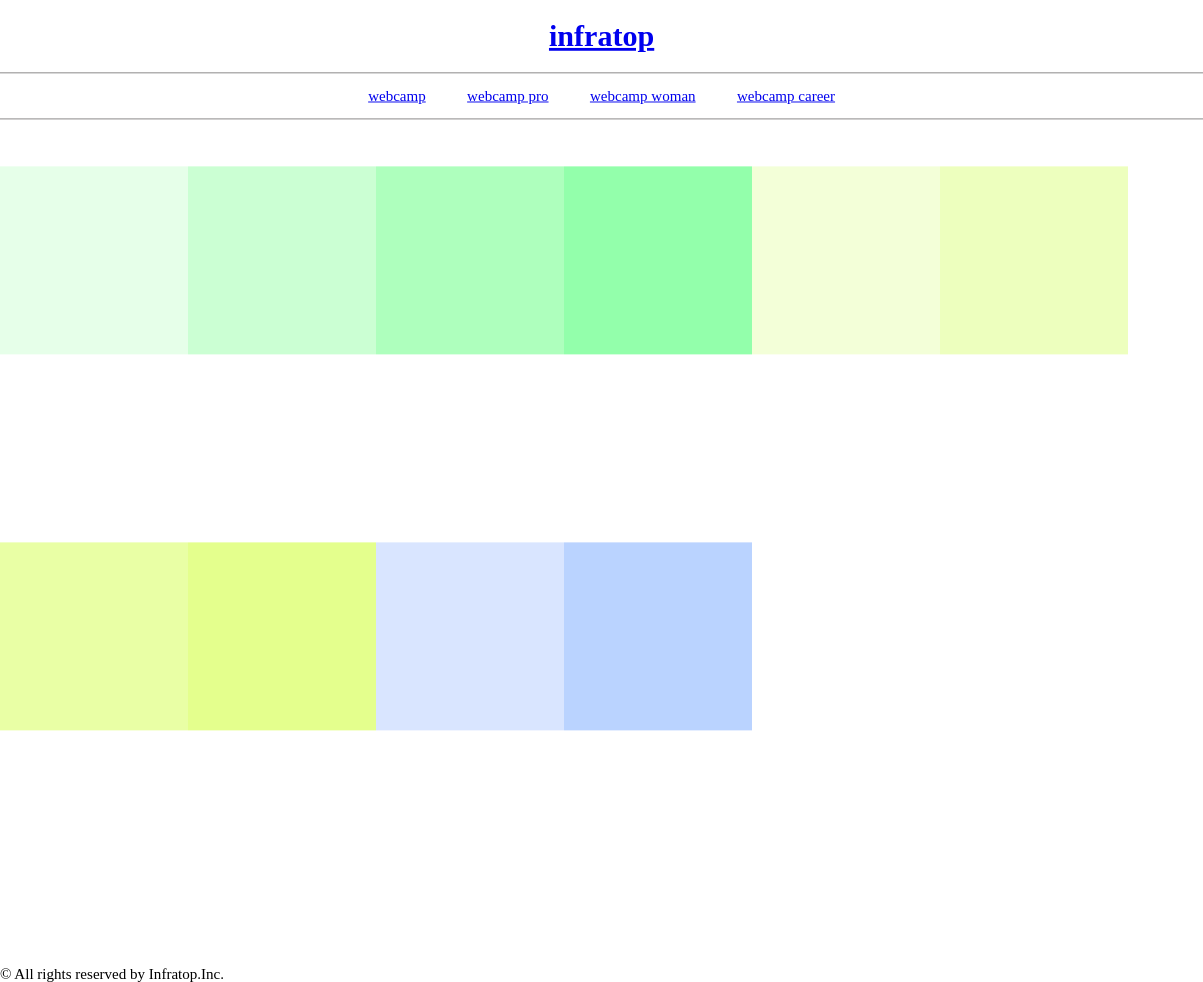
Repository: gukbvhrsui/r
Page: review2/review2.html
The author's editor kept a record of every edit. The page is drawn from the files as they stood at one moment, then again after the next edit.
The browser window is 1280 px wide. The pictures show the whole page, at 94% of full size.

Above is the page before.

After the next edit:
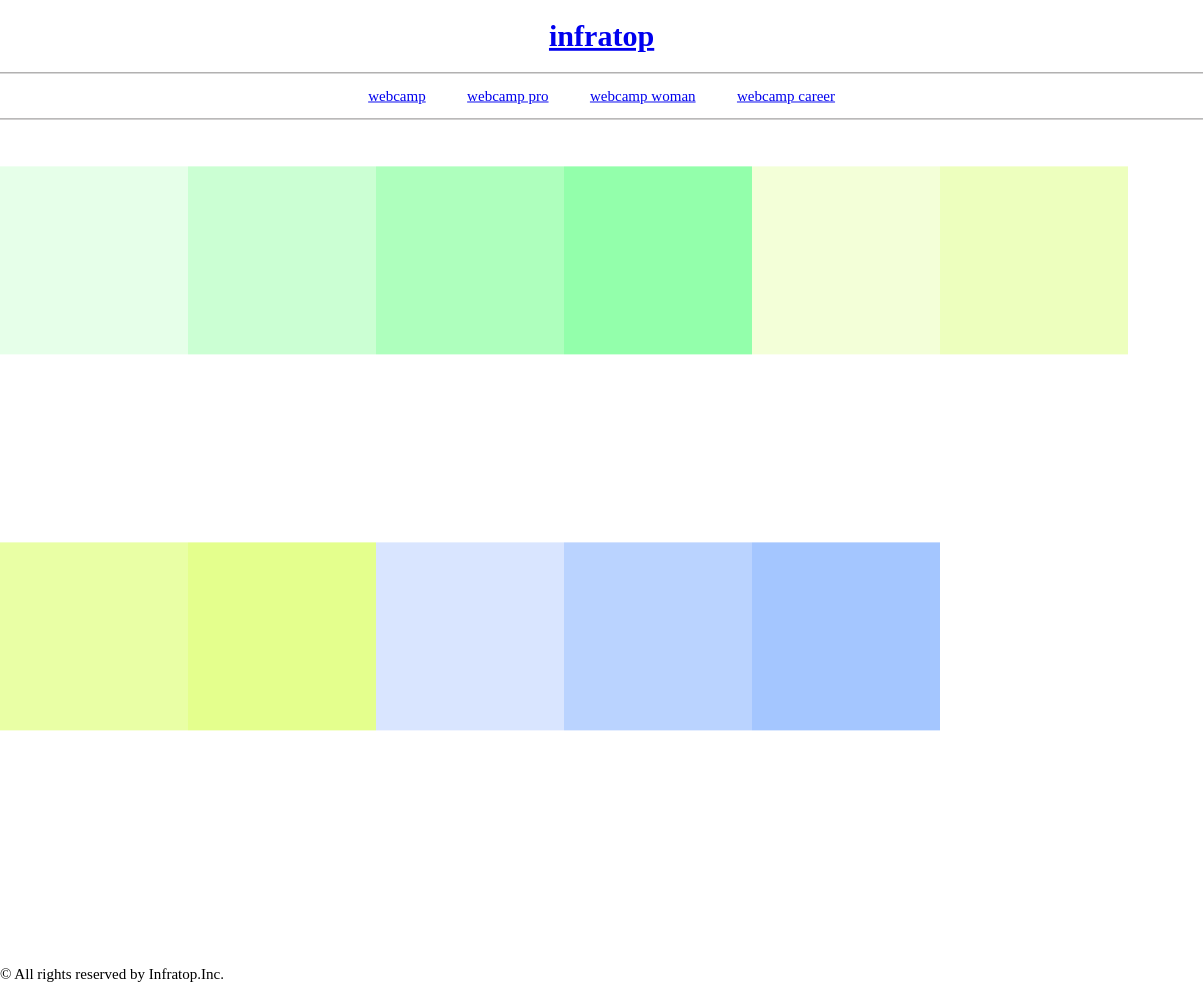
The edit:
--- a/review2/review2.css
+++ b/review2/review2.css
@@ -95,7 +95,7 @@
 .box11 {
   width: 200px;
   height: 200px;
-  background-color: ;
+  background-color: #a4c6ff;
 }
 
 .box12 {
